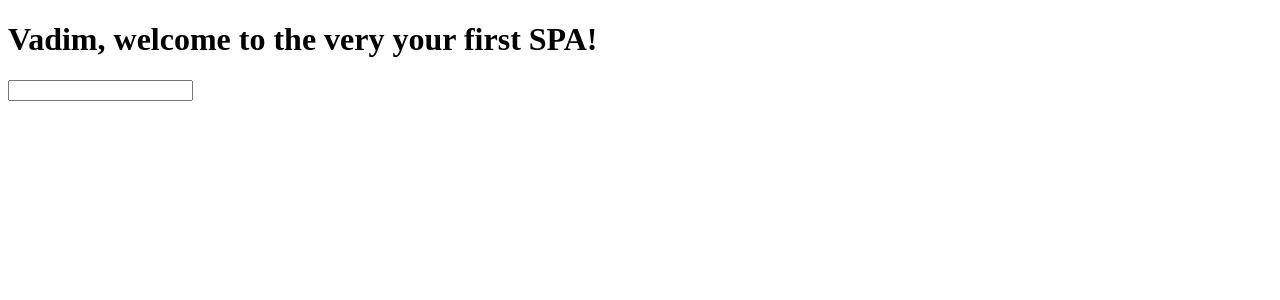
Repository: VadimZubchenko/mySinglePageApp
Page: public/index.html
These files come from the project's save history. The page is drawn as it stood at one moment and after the next save; the edit follows.
The browser window is 1280 px wide. The pictures show the whole page.

Above is the page before, as saved 2022-04-30 21:59:38.

After the next save:
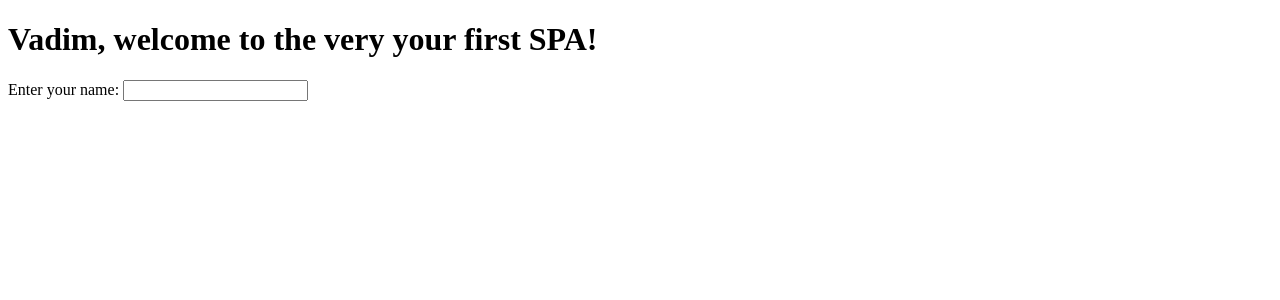
Saved 4 min 22 s later.
--- a/public/script.js
+++ b/public/script.js
@@ -20,7 +20,7 @@ creatForm = () => {
   let textName = document.createTextNode("Enter your name: ");
   labelName.appendChild(textName);
 
-  inputName.appendChild(labelName);
-  form.appendChild(inputName);
+  labelName.appendChild(inputName);
+  form.appendChild(labelName);
   anchor.appendChild(form);
 };
